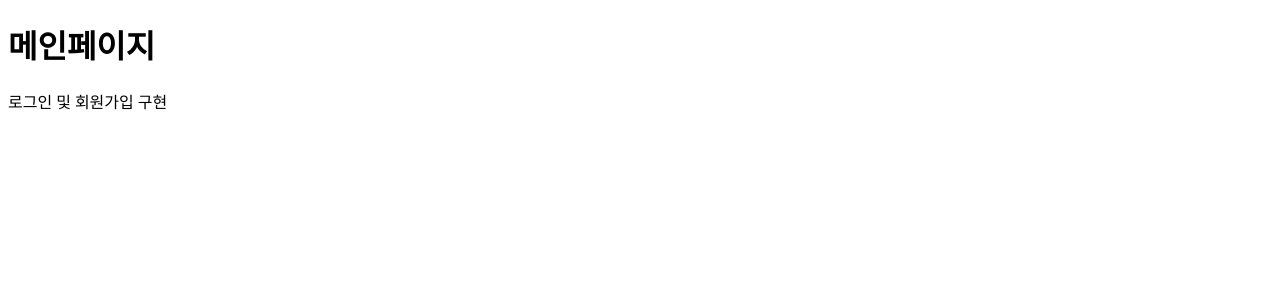
Repository: kjm541006/Ezen
Page: project/src/main/resources/static/index.html
These files come from the project's save history. The page is drawn as it stood at one moment and after a run of saves; the edit follows.
The browser window is 1280 px wide. The pictures show the whole page.

Above is the page before, as saved 2023-06-07 07:24:54.

### project/src/main/resources/static/index.html
<!doctype html>
<html lang="ko">
<head>
	<meta charset="UTF-8" />
	<title>Document</title>
</head>
<body>
	<h1>메인페이지</h1>
	<span>로그인 및 회원가입 구현</span>
</body>
</html>

After the next 2 saves:
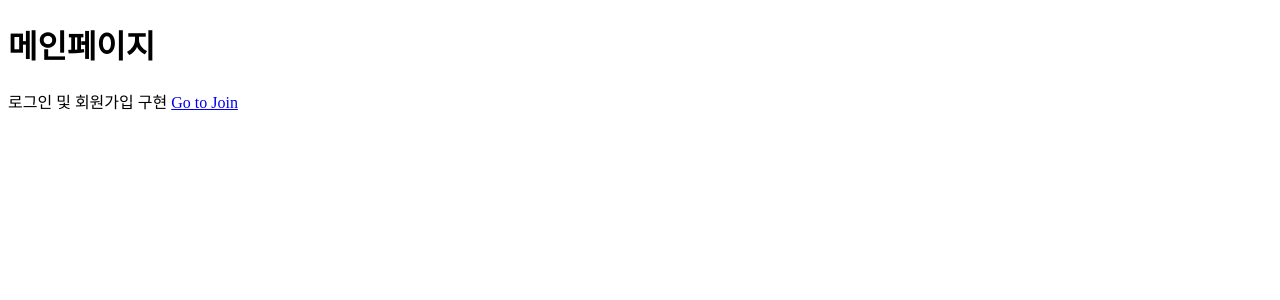
The 2 saves are shown as one change because they came seconds apart.
The last was saved 62 s later.
--- a/project/src/main/resources/static/index.html
+++ b/project/src/main/resources/static/index.html
@@ -7,5 +7,6 @@
 <body>
 	<h1>메인페이지</h1>
 	<span>로그인 및 회원가입 구현</span>
+	<a href="/join">Go to Join</a>
 </body>
 </html>
